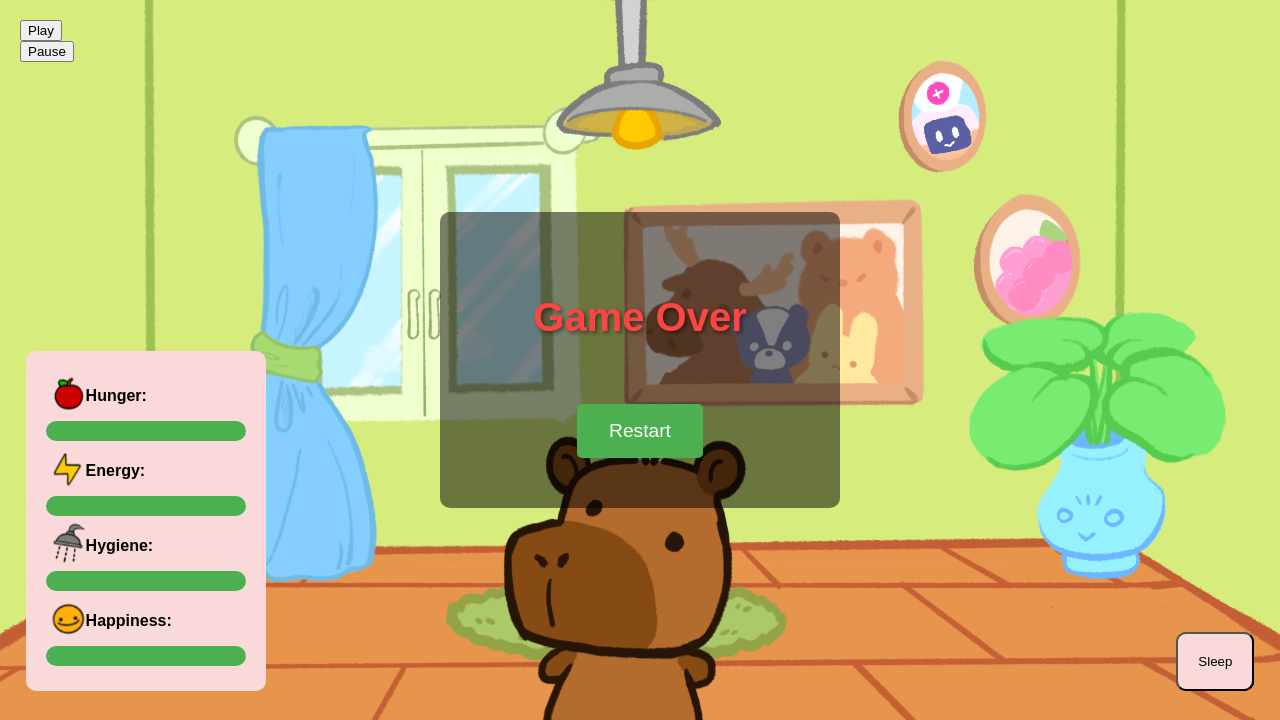
Repository: sarahjx/CapyCare
Page: html/index.html
These files come from the project's save history. The page is drawn as it stood at one moment and after the next save; the edit follows.
The browser window is 1280 px wide. The pictures show the whole page.
Some web fonts or font styles are not loaded; a fallback is used.

Above is the page before, as saved 2025-05-01 14:57:15.
Console error: TypeError: Cannot set properties of null (setting 'innerText')

### html/index.html
<!-- @format -->

<!DOCTYPE html>
<html lang="en">
  <head>
    <meta charset="UTF-8" />
    <meta name="viewport" content="width=device-width, initial-scale=1.0" />
    <title>Virtual Pet Game</title>
    <link rel="preconnect" href="https://fonts.googleapis.com">
    <link rel="preconnect" href="https://fonts.gstatic.com" crossorigin>
    <link href="https://fonts.googleapis.com/css2?family=McLaren&display=swap" rel="stylesheet">
    <link rel="stylesheet" href="../css/statusbar.css" />
  </head>
  <body>

    <div class="pet-container">
      <img class="pet-image" src="../images/capybara.png" alt="capybara" />
    </div>

    <div class="status-bar-container">

      <div class="status-bar">
        <div class="status-icon-container">
        <span class="hunger-icon"><img src="../images/hunger.svg" alt="hunger icon"></span>
        <span class="status-label">Hunger:</span>
        </div>
        <div class="status-progress">
          <div id="hunger-fill" class="status-fill"></div>
        </div>
        <div id="hunger-warning" class="warning"></div>
      </div>

      <div class="status-bar">
        <div class="status-icon-container">
        <span class="energy-icon"><img src="../images/energy.svg" alt="energy icon"></span>
        <span class="status-label">Energy:</span>
        </div>
        <div class="status-progress">
          <div id="energy-fill" class="status-fill"></div>
        </div>
        <div id="energy-warning" class="warning"></div>
      </div>

      <div class="status-bar">
        <div class="status-icon-container">
        <span class="hygiene-icon"><img src="../images/hygiene.svg" alt="hygiene icon"></span>
        <span class="status-label">Hygiene:</span>
        </div>
        <div class="status-progress">
          <div id="hygiene-fill" class="status-fill"></div>
        </div>
        <div id="hygiene-warning" class="warning"></div>
      </div>

      <div class="status-bar">
        <div class="status-icon-container">
        <span class="happiness-icon"><img src="../images/happiness.svg" alt="hygiene icon"></span>
        <span class="status-label">Happiness:</span>
        </div>
        <div class="status-progress">
          <div id="happiness-fill" class="status-fill"></div>
        </div>
        <div id="happiness-warning" class="warning"></div>
      </div>
    </div>

      <div class="action-buttons">
        <button class="action-button" onclick="feedPet(currentPet)">Feed</button>
        <button class="action-button" onclick="bathePet(currentPet)">Bathe</button>
        <button class="action-button" onclick="bedtime(currentPet)">Sleep</button>
        <button onclick="touchPet(currentPet)">Play</button>
      </div>
      <button class="pause-button" onclick="togglePause()" class="pause-button">
        Pause
      </button>
    </div>

    <div id="gameOverScreen" class="game-over-screen">
      <div class="game-over-content">
        <h2>Game Over</h2>
        <p id="gameOverMessage"></p>
        <button class="restart-button" onclick="resetGame()">Restart</button>
      </div>
    </div>

    <script src="../backend/status.js"></script>
  </body>
</html>

### css/statusbar.css
/** @format */

:root {
  --primary-color: #f9d9d9;
  --secondary-color: #d9e7f9;
  --tertiary-color: #fff1fb;
  --accent-color: #f7efd7;
  --text-color: #333;
  --spacing-xs: 0.5rem;
  --spacing-sm: 0.75rem;
  --spacing-md: 1rem;
  --spacing-lg: 1.5rem;
  --spacing-xl: 2rem;
  --spacing-xxl: 3rem;
  --font-family: "McLaren", sans-serif;
  --font-size-xs: 0.75rem;
  --font-size-sm: 0.875rem;
  --font-size-md: 1rem;
  --font-size-lg: 1.125rem;
  --font-size-xl: 1.25rem;
  --font-size-xxl: 1.5rem;
}

body {
  font-family: var(--font-family);
  margin: 0 auto;
  padding: 20px;
  background-image: url("../images/room.png");
  background-size: cover;
  background-repeat: no-repeat;
  background-attachment: fixed;
  background-position: center;
}

.pet-container {
  display: flex;
  flex-direction: column;
  align-items: center;
  justify-content: center;
}

.pet-image {
  transform: scale(0.3);
  position: fixed;
  margin-top: 1200px;
}

.status-bar-container {
  position: fixed;
  background-color: var(--primary-color);
  padding: 20px;
  border-radius: 10px;
  display: inline-flex;
  flex-direction: column;
  bottom: 4%;
  left: 2%;
}

.status-icon-container {
  display: flex;
  align-items: center;
  margin-bottom: 0;
}

.hunger-icon,
.energy-icon,
.happiness-icon,
.hygiene-icon {
  width: 10px;
  height: auto;
  margin-right: 30px;
}

.status-bar {
  margin: 0;
}

.status-label {
  display: inline-block;
  width: 100px;
  font-weight: bold;
  margin: 0;
}

.status-progress {
  width: 200px;
  height: 20px;
  background-color: #ffffff;
  border-radius: 10px;
  overflow: hidden;
  position: relative;
}

.status-fill {
  height: 100%;
  width: 100%;
  position: absolute;
  left: 0;
  top: 0;
  background-color: #4caf50;
  transition: width 0.3s ease;
}

.status-row {
  display: flex;
  align-items: center;
  gap: 10px;
  margin-bottom: 10px;
}

.status-icon {
  width: 24px;
  height: 24px;
}

.status-value {
  min-width: 50px;
  text-align: right;
  font-weight: bold;
  color: #333;
}

.action-button {
  margin-top: 20px;
  display: inline-flex;
  flex-direction: column;
  padding: 20px;
  border-radius: 10px;
  gap: 15px;
  background-color: var(--primary-color);
  position: fixed;
  right: 2%;
  bottom: 4%;
}

.restart-button {

}

button:hover {
  background-color: #45a049;
}

.warning {
  color: #ff9800;
  font-weight: bold;
  margin-top: 5px;
}

.critical {
  color: #f44336;
  font-weight: bold;
  margin-top: 5px;
}

.hidden {
  display: none;
}

.game-over-overlay {
  position: fixed;
  top: 0;
  left: 0;
  right: 0;
  bottom: 0;
  width: 100vw;
  height: 100vh;
  background-color: rgba(0, 0, 0, 0.2);
  display: none;
  z-index: 1000;
  margin: 0;
  padding: 0;
}

.game-over-content {
  position: fixed;
  display: flex;
  flex-direction: column;
  justify-content: center;
  align-items: center;
  left: 50%;
  top: 50%;
  transform: translate(-50%, -50%);
  padding: 50px;
  background-color: rgba(0, 0, 0, 0.5);
  color: white;
  border-radius: 10px;
  z-index: 1001;
  min-width: 300px;
}

.game-over-content h2 {
  color: #ff4444;
  font-size: 2.5rem;
  text-align: center;
  margin-bottom: 2rem;
  text-shadow: 2px 2px 4px rgba(0, 0, 0, 0.5);
}

.game-over-content button {
  padding: 1rem 2rem;
  font-size: 1.2rem;
  background-color: #4caf50;
  color: white;
  border: none;
  border-radius: 5px;
  cursor: pointer;
  transition: background-color 0.3s;
}

.game-over-content button:hover {
  background-color: #45a049;
}

### backend/status.js
/** @format */

function Personality(favFood, active, clean, clingy, foodLover, introText) {
  this.favFood = favFood;
  this.active = active;
  this.clean = clean;
  this.clingy = clingy;
  this.foodLover = foodLover;
  this.intro = introText;
}

const mix1 = new Personality(
  "Sunfruit",
  true,
  true,
  true,
  true,
  "This pet is energetic and playful, always ready to explore or play. They love the taste of Sunfruit and will happily eat it when offered, but they'll need constant attention, so expect lots of petting and cuddling. Despite their active nature, they stay clean and are easy to bathe. This pet loves affection and will return it in kind!"
);
const mix2 = new Personality(
  "Snakberry",
  true,
  true,
  false,
  true,
  "This pet is full of energy and loves to make the most of their days. They are particularly fond of Snakberries, which they will devour happily, but they tend to get hungry more often due to their high energy levels. Despite their active nature, they keep themselves clean and are easy to bathe. They're not overly clingy, so while they'll happily spend time with you, they won't be demanding affection constantly."
);
const mix3 = new Personality(
  "Dreamleaf",
  false,
  false,
  true,
  false,
  "This pet is laid-back and enjoys spending time with you, always seeking your company. They love Dreamleaf as a treat, but they're not particularly food-driven and don't get hungry as often. While they may get a little dirty from time to time, they tend to move around when you try to bathe them. Expect them to seek out your attention frequently, and be ready to shower them with love when they come to you for pets."
);

const personalities = [mix1, mix2, mix3];

// Global variables
let currentPet = null;
let hunger = 100;
let energy = 100;
let hygiene = 100;
let happiness = 100;
let isGameOver = false;
let isPaused = false;

// Store interval IDs globally
let hungerInterval = null;
let energyInterval = null;
let hygieneInterval = null;
let happinessInterval = null;

// Initialize the game
function initializeGame() {
  currentPet = getRandomPersonality();
  hunger = 100;
  energy = 100;
  hygiene = 100;
  happiness = 100;
  updateStatusBars();
  updateIntervals();
}

function getRandomPersonality() {
  const randomIndex = Math.floor(Math.random() * personalities.length);
  currentPet = personalities[randomIndex];
  console.log("New pet initialized:", currentPet.intro);
  return currentPet;
}

// Personality-based status decrease functions
function decreaseHunger() {
  if (!currentPet || isGameOver) return;
  const decreaseAmount = currentPet.foodLover ? 15 : 10;
  hunger = Math.max(0, hunger - decreaseAmount);
  updateStatusBars();
  if (hunger === 0 && checkGameOver()) return;
}

function decreaseEnergy() {
  if (!currentPet || isGameOver) return;
  const decreaseAmount = currentPet.active ? 15 : 10;
  energy = Math.max(0, energy - decreaseAmount);
  updateStatusBars();
  if (energy === 0 && checkGameOver()) return;
}

function decreaseHygiene() {
  if (!currentPet || isGameOver) return;
  const decreaseAmount = currentPet.clean ? 8 : 12;
  hygiene = Math.max(0, hygiene - decreaseAmount);
  updateStatusBars();
  if (hygiene === 0 && checkGameOver()) return;
}

function decreaseHappiness() {
  if (!currentPet || isGameOver) return;
  const decreaseAmount = currentPet.clingy ? 15 : 10;
  happiness = Math.max(0, happiness - decreaseAmount);
  updateStatusBars();
  if (happiness === 0 && checkGameOver()) return;
}

// Update intervals with personality-based timing
function updateIntervals() {
  // Clear any existing intervals
  if (hungerInterval) clearInterval(hungerInterval);
  if (energyInterval) clearInterval(energyInterval);
  if (hygieneInterval) clearInterval(hygieneInterval);
  if (happinessInterval) clearInterval(happinessInterval);

  // Set new intervals based on personality
  hungerInterval = setInterval(
    () => {
      decreaseHunger();
      warning();
    },
    currentPet.foodLover ? 6000 : 8000
  );

  energyInterval = setInterval(
    () => {
      decreaseEnergy();
      warning();
    },
    currentPet.active ? 8000 : 12000
  );

  hygieneInterval = setInterval(
    () => {
      decreaseHygiene();
      warning();
    },
    currentPet.clean ? 18000 : 15000
  );

  happinessInterval = setInterval(
    () => {
      decreaseHappiness();
      warning();
    },
    currentPet.clingy ? 8000 : 10000
  );

  console.log("Intervals updated for pet:", currentPet.intro);
}

// Pause game function
function pauseGame() {
  if (hungerInterval) clearInterval(hungerInterval);
  if (energyInterval) clearInterval(energyInterval);
  if (hygieneInterval) clearInterval(hygieneInterval);
  if (happinessInterval) clearInterval(happinessInterval);
  console.log("Game paused");
}

// Resume game function
function resumeGame() {
  updateIntervals();
  console.log("Game resumed");
}

function touchPet(personality) {
  if (personality.clingy) {
    gainStatus("happiness");
    console.log("Your pet loves the attention!");
  } else {
    loseStatus("happiness");
    console.log("Your pet prefers their space.");
  }
}

function feedPet(personality) {
  gainStatus("hunger"); // Always increase hunger
  if (personality.foodLover) {
    gainStatus("happiness");
    console.log("Your pet loves the food!");
  } else {
    loseStatus("happiness");
    console.log("Your pet isn't very interested in food.");
  }
}

function bathePet(personality) {
  gainStatus("hygiene"); // Always increase hygiene
  if (personality.clean) {
    gainStatus("happiness");
    console.log("Your pet enjoys being clean!");
  } else {
    loseStatus("happiness");
    console.log("Your pet doesn't like baths.");
  }
}

function bedtime(personality) {
  const petImage = document.querySelector(".pet-image");
  if (petImage) {
    // Store the current image to return to
    const currentImage = petImage.src;

    // Show sleeping animation
    petImage.src = "../images/Sleep.PNG";

    // After 3 seconds, restore the previous state
    setTimeout(() => {
      updatePetImage();
    }, 3000);
  }

  gainStatus("energy"); // Always increase energy
  if (personality.active) {
    loseStatus("happiness");
    console.log("Your pet is too energetic to sleep!");
  } else {
    gainStatus("happiness");
    console.log("Your pet enjoys resting.");
  }
}

function gainStatus(category) {
  switch (category) {
    case "hunger":
      if (hunger >= 100) {
        console.log("Hunger is full!");
      } else if (hunger < 100) {
        hunger += 10;
        console.log("Hunger: " + hunger);
      }
      break;
    case "energy":
      if (energy >= 100) {
        console.log("Energy is full!");
      } else if (energy < 100) {
        energy += 10;
        console.log("Energy: " + energy);
      }
      break;
    case "hygiene":
      if (hygiene >= 100) {
        console.log("Hygiene is full!");
      } else if (hygiene < 100) {
        hygiene += 10;
        console.log("Hygiene: " + hygiene);
      }
      break;
    case "happiness":
      if (happiness >= 100) {
        console.log("Happiness is full!");
      } else if (happiness < 100) {
        happiness += 10;
        console.log("Happiness: " + happiness);
      }
      break;
    default:
      console.log("Invalid category");
  }
}

function loseStatus(category) {
  switch (category) {
    case "hunger":
      if (hunger <= 0) {
        console.log("Hunger is empty!");
        hunger = 0;
      } else if (hunger > 0) {
        hunger -= 10;
        console.log("Hunger: " + hunger);
      }
      break;
    case "energy":
      if (energy <= 0) {
        console.log("Energy is empty!");
        energy = 0;
      } else if (energy > 0) {
        energy -= 10;
        console.log("Energy: " + energy);
      }
      break;
    case "hygiene":
      if (hygiene <= 0) {
        console.log("Hygiene is empty!");
        hygiene = 0;
      } else if (hygiene > 0) {
        hygiene -= 10;
        console.log("Hygiene: " + hygiene);
      }
      break;
    case "happiness":
      if (happiness <= 0) {
        console.log("Happiness is empty!");
        happiness = 0;
      } else if (happiness > 0) {
        happiness -= 3;
        console.log("Happiness: " + happiness);
      }
      break;
    default:
      console.log("Invalid category");
  }
}

function warning() {
  // Hunger warnings
  if (hunger <= 50 && hunger > 20) {
    document.getElementById("hunger-warning").textContent =
      "Your pet is getting hungry!";
    document.getElementById("hunger-warning").className = "warning";
  } else if (hunger <= 20 && hunger > 0) {
    document.getElementById("hunger-warning").textContent =
      "Your pet is starving!";
    document.getElementById("hunger-warning").className = "critical";
  } else {
    document.getElementById("hunger-warning").textContent = "";
  }

  // Energy warnings
  if (energy <= 50 && energy > 20) {
    document.getElementById("energy-warning").textContent =
      "Your pet is getting tired!";
    document.getElementById("energy-warning").className = "warning";
  } else if (energy <= 20 && energy > 0) {
    document.getElementById("energy-warning").textContent =
      "Your pet is exhausted!";
    document.getElementById("energy-warning").className = "critical";
  } else {
    document.getElementById("energy-warning").textContent = "";
  }

  // Hygiene warnings
  if (hygiene <= 50 && hygiene > 20) {
    document.getElementById("hygiene-warning").textContent =
      "Your pet needs a bath!";
    document.getElementById("hygiene-warning").className = "warning";
  } else if (hygiene <= 20 && hygiene > 0) {
    document.getElementById("hygiene-warning").textContent =
      "Your pet is filthy!";
    document.getElementById("hygiene-warning").className = "critical";
  } else {
    document.getElementById("hygiene-warning").textContent = "";
  }

  // Happiness warnings
  if (happiness <= 50 && happiness > 20) {
    document.getElementById("happiness-warning").textContent =
      "Your pet is getting sad!";
    document.getElementById("happiness-warning").className = "warning";
  } else if (happiness <= 20 && happiness > 0) {
    document.getElementById("happiness-warning").textContent =
      "Your pet is depressed!";
    document.getElementById("happiness-warning").className = "critical";
  } else {
    document.getElementById("happiness-warning").textContent = "";
  }
}

function checkGameOver() {
  if (hunger <= 0 || energy <= 0 || hygiene <= 0 || happiness <= 0) {
    isGameOver = true;
    pauseGame();
    showGameOver();
    return true;
  }
  return false;
}

function showGameOver() {
  let reason = "";
  if (hunger <= 0) reason = "Your pet starved to death!";
  else if (energy <= 0) reason = "Your pet died from exhaustion!";
  else if (hygiene <= 0) reason = "Your pet died from poor hygiene!";
  else if (happiness <= 0) reason = "Your pet died from sadness!";

  console.log("GAME OVER: " + reason);
  document.getElementById("gameOverMessage").textContent = reason;
  document.getElementById("gameOverOverlay").style.display = "block";
  document.getElementById("gameOverContent").style.display = "flex";
}

function resetGame() {
  isGameOver = false;
  hunger = 100;
  energy = 100;
  hygiene = 100;
  happiness = 100;
  document.getElementById("gameOverOverlay").style.display = "none";
  document.getElementById("gameOverContent").style.display = "none";
  currentPet = getRandomPersonality();
  updateStatusBars();
  updateIntervals();
}

function togglePause() {
  isPaused = !isPaused;
  const pauseButton = document.getElementById("pauseButton");
  const buttons = document.querySelectorAll(
    ".buttons button:not(#pauseButton)"
  );

  if (isPaused) {
    pauseButton.textContent = "Resume";
    pauseButton.classList.add("paused");
    buttons.forEach((button) => (button.disabled = true));
    pauseGame();
  } else {
    pauseButton.textContent = "Pause";
    pauseButton.classList.remove("paused");
    buttons.forEach((button) => (button.disabled = false));
    resumeGame();
  }
}

// Update status bars
function updateStatusBars() {
  // Update the width of each status bar
  document.getElementById("hunger-fill").style.width = hunger + "%";
  document.getElementById("energy-fill").style.width = energy + "%";
  document.getElementById("happiness-fill").style.width = happiness + "%";
  document.getElementById("hygiene-fill").style.width = hygiene + "%";

  // Update pet image based on status
  updatePetImage();
}

// Override console.log to update UI
const originalConsoleLog = console.log;
console.log = function () {
  originalConsoleLog.apply(console, arguments);
  updateStatusBars();
};

// Simple toggle function
function toggleActions() {
  document.getElementById("action-buttons-column").classList.toggle("hidden");
  document.getElementById("toggle-button").classList.toggle("hidden");
}

// Initialize the game when the page loads
window.addEventListener("load", function () {
  initializeGame();
  // Update status bars every second
  setInterval(updateStatusBars, 1000);
});

// stopwatch

let [hours, minutes, seconds] = [0, 0, 0];
let timer = null;

function updateDisplay() {
  document.getElementById("display").innerText =
    `${String(hours).padStart(2, "0")}:` +
    `${String(minutes).padStart(2, "0")}:` +
    `${String(seconds).padStart(2, "0")}`;
}

function stopwatch() {
  seconds++;
  if (seconds === 60) {
    seconds = 0;
    minutes++;
    if (minutes === 60) {
      minutes = 0;
      hours++;
    }
  }
  updateDisplay();
}

function start() {
  if (timer !== null) return;
  timer = setInterval(stopwatch, 1000);
}

function stop() {
  clearInterval(timer);
  timer = null;
}

function reset() {
  stop();
  [hours, minutes, seconds] = [0, 0, 0];
  updateDisplay();
}

updateDisplay();

function updatePetImage() {
  const petImage = document.querySelector(".pet-image");
  if (!petImage) return;

  // Check if any status is 0 (dead)
  if (hunger <= 0 || energy <= 0 || hygiene <= 0 || happiness <= 0) {
    petImage.src = "../images/Fuckingdead.PNG";
    return;
  }

  // Check for multiple states
  if (hunger <= 60 && hygiene <= 60 && energy <= 60) {
    petImage.src = "../images/Dirty:Hungry:Tired.PNG";
  } else if (hunger <= 60 && hygiene <= 60) {
    petImage.src = "../images/Dirty:hungry.PNG";
  } else if (hunger <= 60 && energy <= 60) {
    petImage.src = "../images/Hungry:Tired.PNG";
  } else if (hygiene <= 60 && energy <= 60) {
    petImage.src = "../images/Dirty:Tired.PNG";
  } else if (energy <= 60) {
    petImage.src = "../images/Sleepy.PNG";
  } else if (hunger <= 60) {
    petImage.src = "../images/Hungry.PNG";
  } else if (hygiene <= 60) {
    petImage.src = "../images/Dirty.PNG";
  } else {
    petImage.src = "../images/Idle.PNG";
  }
}

After the next save:
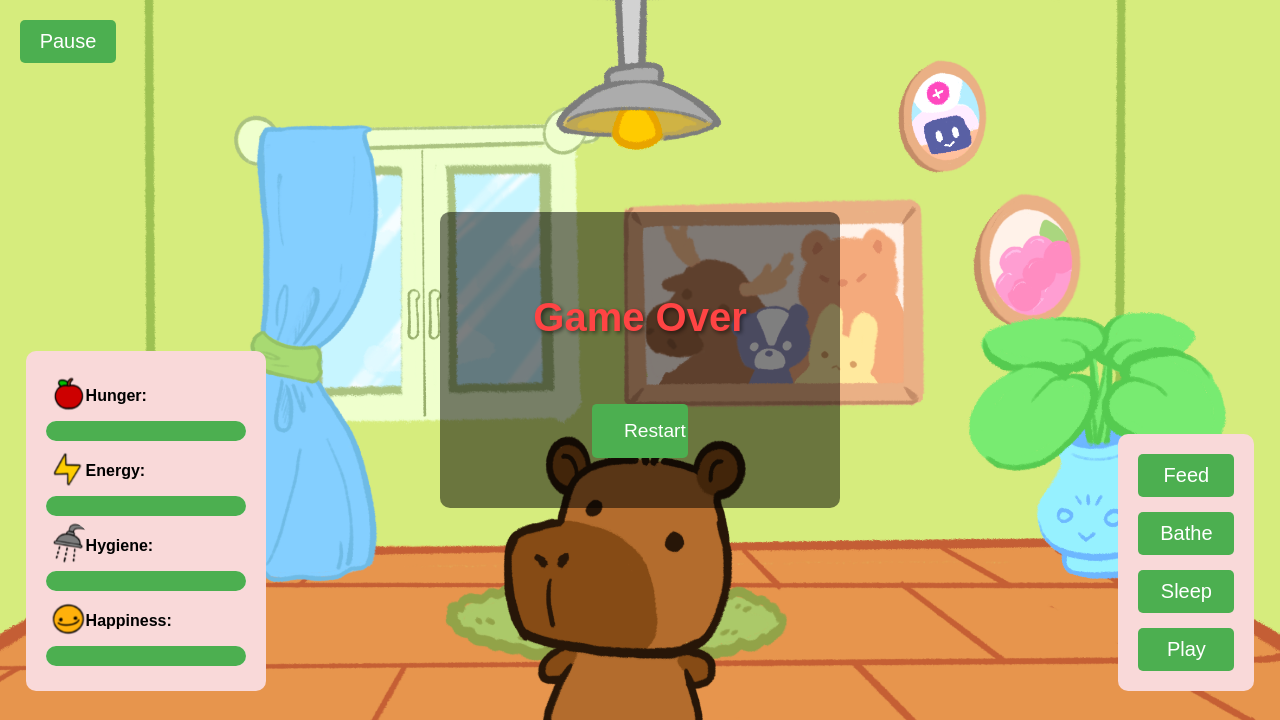
Saved 5 s later.
--- a/css/statusbar.css
+++ b/css/statusbar.css
@@ -120,7 +120,7 @@ body {
   color: #333;
 }
 
-.action-button {
+.action-buttons {
   margin-top: 20px;
   display: inline-flex;
   flex-direction: column;
@@ -133,8 +133,22 @@ body {
   bottom: 4%;
 }
 
+button {
+  padding: 10px;
+  border: none;
+  border-radius: 5px;
+  background-color: #4caf50;
+  color: white;
+  cursor: pointer;
+  transition: background-color 0.3s;
+  width: 6rem;
+  font-family: var(--font-family);
+  font-weight: 7pt;
+  font-size: var(--font-size-xl);
+}
+
 .restart-button {
-
+  pas
 }
 
 button:hover {
